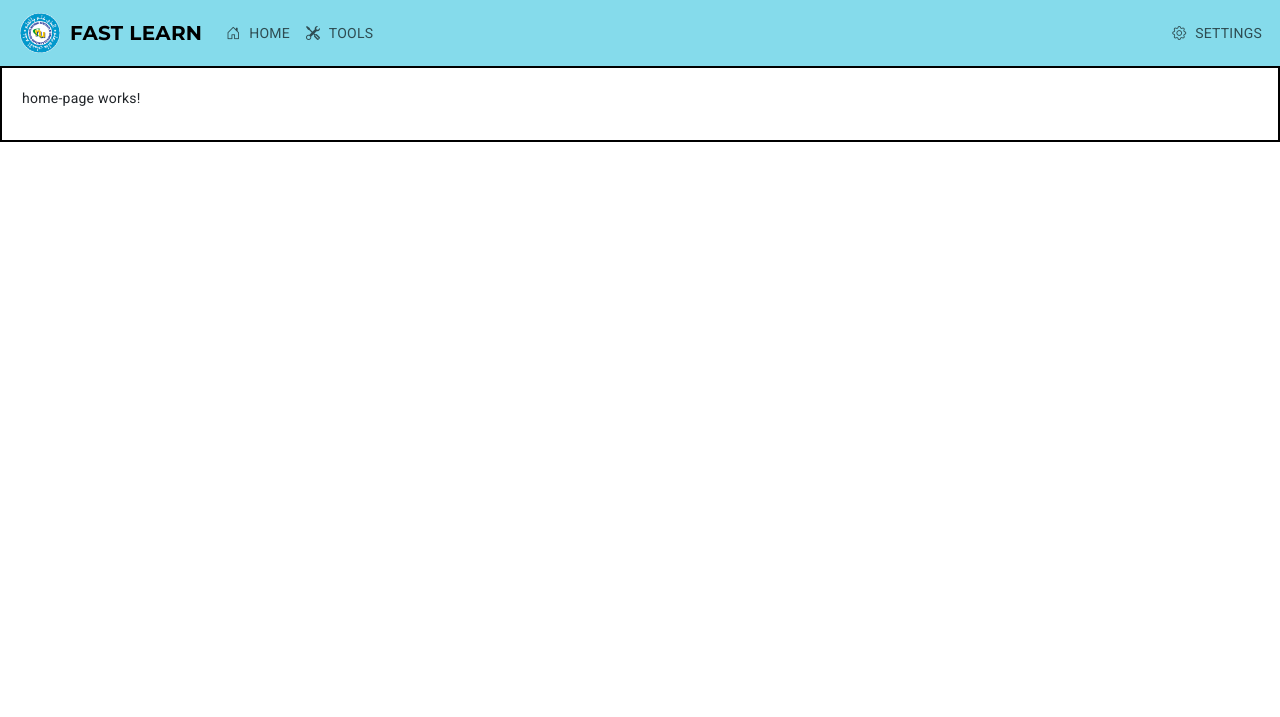
Repository: fastlearn-e0c9858e10ed/Frontend
Page: / (app in fastlearn/)
The author's editor kept a copy of each file at every save. The page is drawn from the files as they stood at one save, then again after the next save.
The browser window is 1280 px wide. The pictures show the whole page.
The project was rebuilt for these pictures with package versions that can differ from the ones it lists, and the page was loaded fresh each time. Also part of the build but not shown: fastlearn/angular.json.

Above is the page before, as saved 2024-08-19 02:01:54.

After the next save:
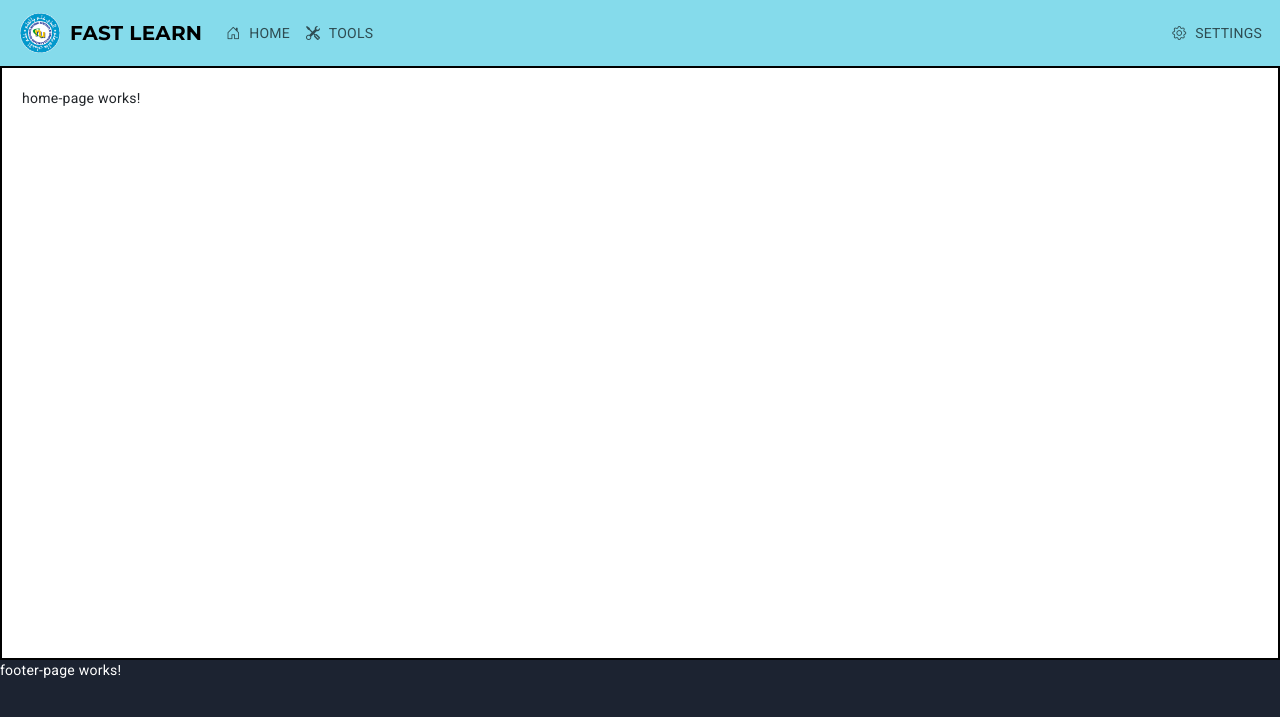
Saved 7 s later.
--- a/fastlearn/src/app/app.component.css
+++ b/fastlearn/src/app/app.component.css
@@ -13,3 +13,10 @@ main.content {
   height: 60px; /* Fixed height */
   margin-top: auto; /* Push the footer to the bottom */
 }
+
+:host {
+  display: flex;
+  flex-direction: column;
+  min-height: 100vh; /* Ensure full viewport height */
+  margin: 0;
+}
